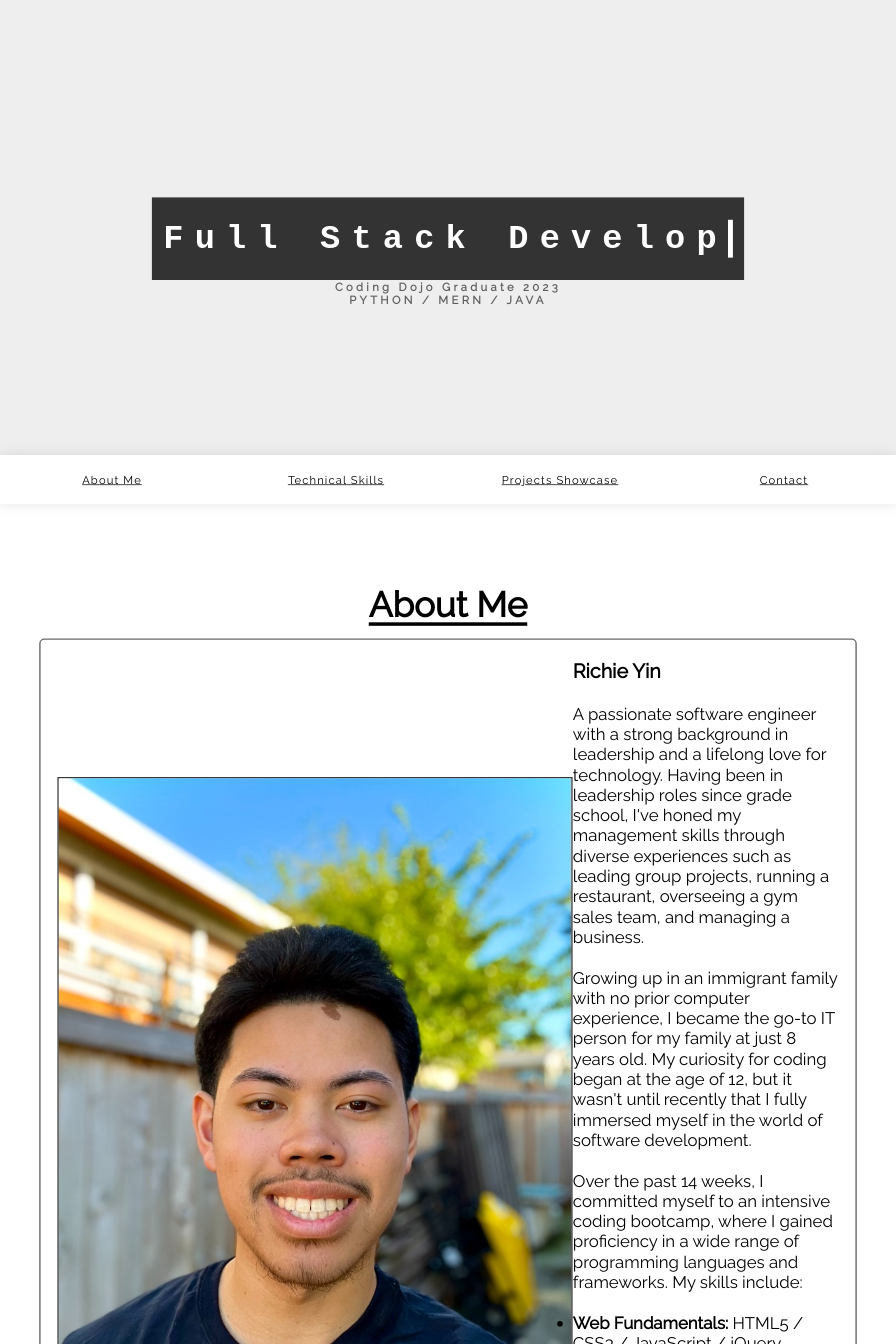
Repository: RICHIE-YIN/Personal-Portfolio
Page: index.html
The author's editor kept a copy of each file at every save. The page is drawn from the files as they stood at one save, then again after the next save.
The browser window is 1280 px wide. The pictures show the part of the page from y = 0 to 1920 px (the page is 4074 px tall before and 4814 px after), at 70% of full size.
Some web fonts or font styles are not loaded; a fallback is used.

Above is the page before, as saved 2023-06-12 17:39:24.
Console error: ReferenceError: $ is not defined

After the next save:
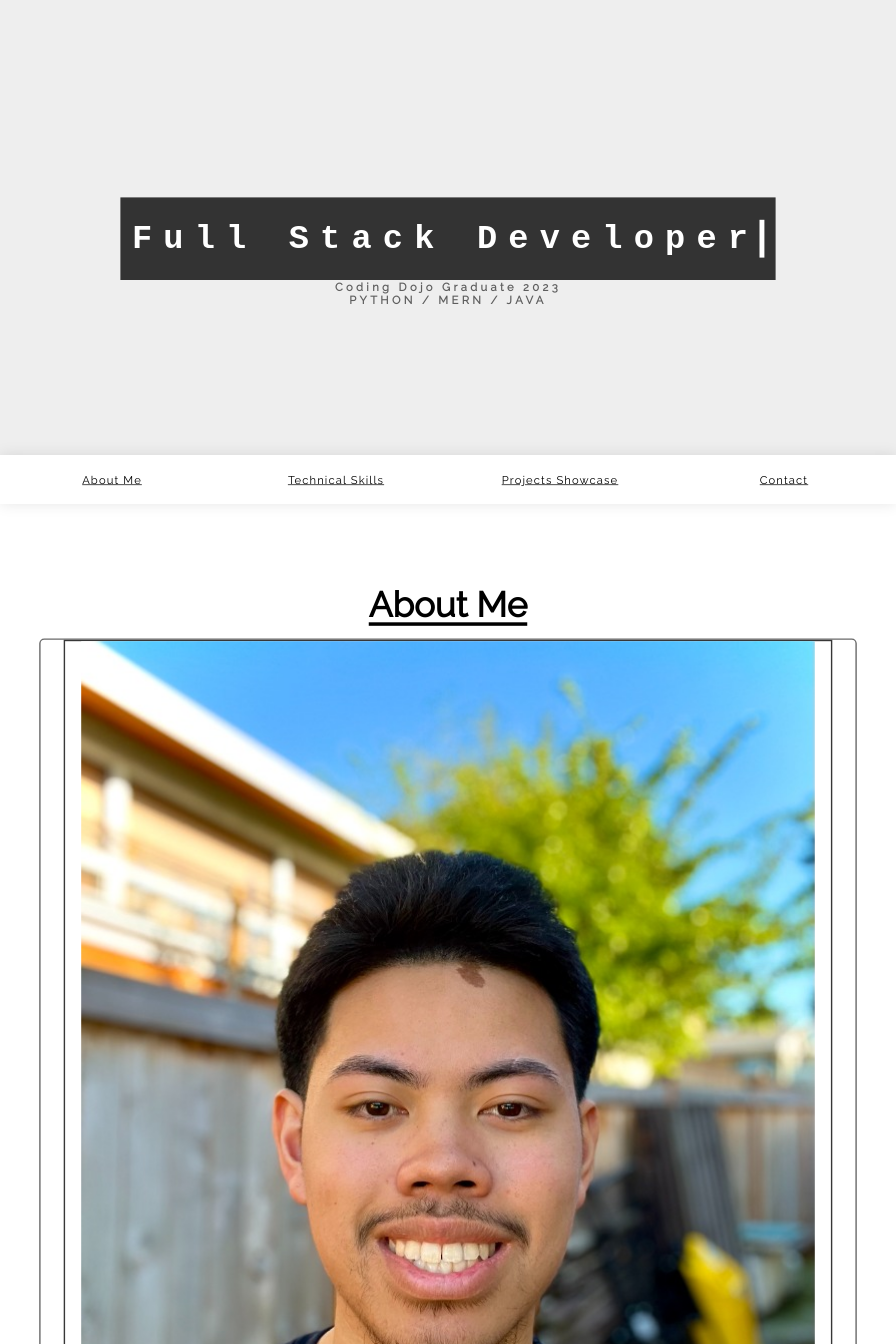
Saved 47 s later.
--- a/styles.css
+++ b/styles.css
@@ -133,12 +133,13 @@
     font-size:150%;
     border-radius: .3em;
     box-sizing: border-box;
+}
+
+.profile-content img {
     padding: 0 2% 0 2%;
-}
-
-.profile-content img {
-    max-width: 100%;
+    /* max-width: 100%; */
     height: auto;
+    width: 90%;
     margin: 0 auto;
     /* margin-right: 4%; */
     /* margin-left: 2%; */

After the save that followed:
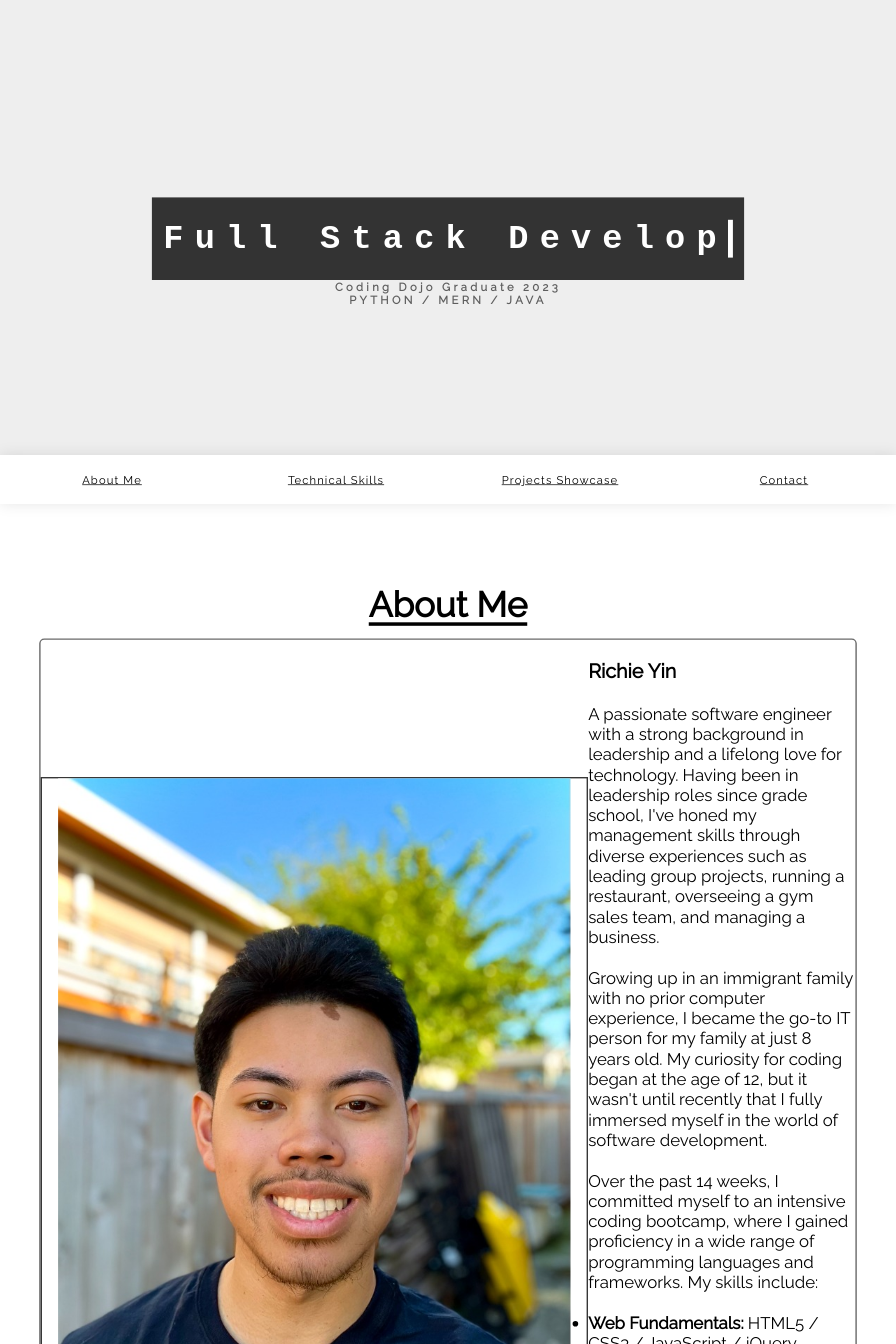
Saved 12 s later.
--- a/styles.css
+++ b/styles.css
@@ -139,7 +139,7 @@
     padding: 0 2% 0 2%;
     /* max-width: 100%; */
     height: auto;
-    width: 90%;
+    max-width: 90%;
     margin: 0 auto;
     /* margin-right: 4%; */
     /* margin-left: 2%; */
